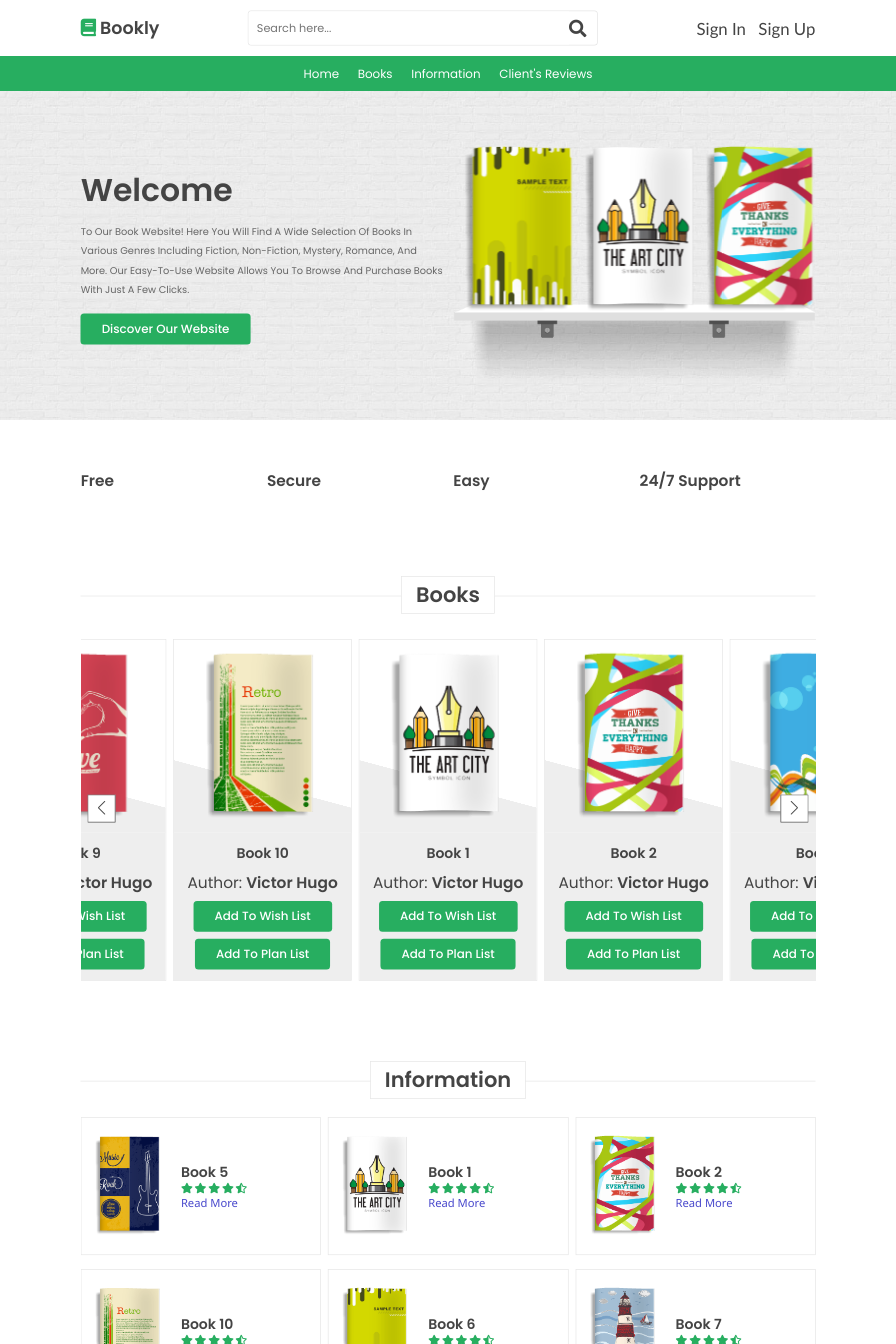
Repository: souhailaniba/Bookly
Page: public/assets/books webstie/index.html
The author's editor kept a copy of each file at every save. The page is drawn from the files as they stood at one save, then again after the next save.
The browser window is 1280 px wide. The pictures show the part of the page from y = 0 to 1920 px (the page is 3055 px tall), at 70% of full size.

Above is the page before, as saved 2023-01-27 16:26:59.

### public/assets/books webstie/index.html
<!DOCTYPE html>
<html lang="en">
<head>
    <meta charset="UTF-8">
    <meta http-equiv="X-UA-Compatible" content="IE=edge">
    <meta name="viewport" content="width=device-width, initial-scale=1.0">
    <title>Book Website</title>

    <link rel="stylesheet" href="https://unpkg.com/swiper@7/swiper-bundle.min.css" />

    <!-- font awesome cdn link  -->
    <link rel="stylesheet" href="https://cdnjs.cloudflare.com/ajax/libs/font-awesome/5.15.4/css/all.min.css">

    <!-- custom css file link  -->
    <link rel="stylesheet" href="css/style.css">

</head>
<body>

<!-- header section starts  -->

<header class="header">

    <div class="header-1">

        <a href="#" class="logo"> <i class="fas fa-book"></i> Bookly </a>

        <form action="" class="search-form">
            <input type="search" name="" placeholder="Search here..." id="search-box">
            <label for="search-box" class="fas fa-search"></label>
        </form>

        <div class="icons">
            <div id="search-btn" class="fas fa-search"></div>
            <a href="./Login.html"  style="font-size:x-large;font-family: 'Gill Sans', 'Gill Sans MT', Calibri, 'Trebuchet MS', sans-serif;">Sign In</a>
            <a href="./Register.html" style="font-size: x-large;font-family: 'Gill Sans', 'Gill Sans MT', Calibri, 'Trebuchet MS', sans-serif;">Sign Up</a>
        </div>

    </div>

    <div class="header-2">
        <nav class="navbar">
            <a href="#home">Home</a>
            <a href="#featured">Books</a>
            <a href="#arrivals">Information</a>
            <a href="#reviews">Client's Reviews</a>
        </nav>
    </div>

</header>

<!-- header section ends -->

<!-- bottom navbar  -->

<nav class="bottom-navbar">
    <a href="#home" class="fas fa-home"></a>
    <a href="#featured" class="fas fa-list"></a>
    <a href="#arrivals" class="fas fa-tags"></a>
    <a href="#reviews" class="fas fa-comments"></a>
    <a href="#blogs" class="fas fa-blog"></a>
</nav>

<!-- home section starts  -->

<section class="home" id="home">

    <div class="row">

        <div class="content">
            <h3>Welcome</h3>
            <p>To our book website! Here you will find a wide selection of books in various genres including fiction, non-fiction, mystery, romance, and more. Our easy-to-use website allows you to browse and purchase books with just a few clicks.</p>
            <a href="#" class="btn">Discover Our Website</a>
        </div>

        <div class="swiper books-slider">
            <div class="swiper-wrapper">
                <a href="#" class="swiper-slide"><img src="image/book-1.png" alt=""></a>
                <a href="#" class="swiper-slide"><img src="image/book-2.png" alt=""></a>
                <a href="#" class="swiper-slide"><img src="image/book-3.png" alt=""></a>
                <a href="#" class="swiper-slide"><img src="image/book-4.png" alt=""></a>
                <a href="#" class="swiper-slide"><img src="image/book-5.png" alt=""></a>
                <a href="#" class="swiper-slide"><img src="image/book-6.png" alt=""></a>
            </div>
            <img src="image/stand.png" class="stand" alt="">
        </div>

    </div>

</section>

<!-- home section ense  -->

<!-- icons section starts  -->

<section class="icons-container">

    <div class="icons">
        <div class="content">
            <h3>Free</h3>
        </div>
    </div>

    <div class="icons">
        <div class="content">
            <h3>Secure</h3>
        </div>
    </div>

    <div class="icons">
        <div class="content">
            <h3>Easy</h3>
        </div>
    </div>

    <div class="icons">
        <div class="content">
            <h3>24/7 support</h3>
        </div>
    </div>

</section>

<!-- icons section ends -->

<!-- featured section starts  -->

<section class="featured" id="featured">

    <h1 class="heading"> <span>Books</span> </h1>

    <div class="swiper featured-slider">

        <div class="swiper-wrapper">

            <div class="swiper-slide box">
                <div class="image">
                    <img src="image/book-1.png" alt="">
                </div>
                <div class="content">
                    <h3>Book 1</h3>
                    <div class="price">Author: <b>Victor Hugo</b></div>
                    <a href="#" class="btn">Add to wish list</a>
                    <a href="#" class="btn">Add to plan list</a>
                </div>
            </div>

            <div class="swiper-slide box">
                <div class="image">
                    <img src="image/book-2.png" alt="">
                </div>
                <div class="content">
                    <h3>Book 2</h3>
                    <div class="price">Author: <b>Victor Hugo</b></div>
                    <a href="#" class="btn">Add to wish list</a>
                    <a href="#" class="btn">Add to plan list</a>
                </div>
            </div>

            <div class="swiper-slide box">
                <div class="image">
                    <img src="image/book-3.png" alt="">
                </div>
                <div class="content">
                    <h3>Book 3</h3>
                    <div class="price">Author: <b>Victor Hugo</b></div>
                    <a href="#" class="btn">Add to wish list</a>
                    <a href="#" class="btn">Add to plan list</a>
                </div>
            </div>

            <div class="swiper-slide box">
                <div class="image">
                    <img src="image/book-4.png" alt="">
                </div>
                <div class="content">
                    <h3>Book 4</h3>
                    <div class="price">Author: <b>Victor Hugo</b></div>
                    <a href="#" class="btn">Add to wish list</a>
                    <a href="#" class="btn">Add to plan list</a>
                </div>
            </div>

            <div class="swiper-slide box">
                <div class="image">
                    <img src="image/book-5.png" alt="">
                </div>
                <div class="content">
                    <h3>Book 5</h3>
                    <div class="price">Author: <b>Victor Hugo</b></div>
                    <a href="#" class="btn">Add to wish list</a>
                    <a href="#" class="btn">Add to plan list</a>
                </div>
            </div>

            <div class="swiper-slide box">
                <div class="image">
                    <img src="image/book-6.png" alt="">
                </div>
                <div class="content">
                    <h3>Book 6</h3>
                    <div class="price">Author: <b>Victor Hugo</b></div>
                    <a href="#" class="btn">Add to wish list</a>
                    <a href="#" class="btn">Add to plan list</a>
                </div>
            </div>

            <div class="swiper-slide box">
                <div class="image">
                    <img src="image/book-7.png" alt="">
                </div>
                <div class="content">
                    <h3>Book 7</h3>
                    <div class="price">Author: <b>Victor Hugo</b></div>
                    <a href="#" class="btn">Add to wish list</a>
                    <a href="#" class="btn">Add to plan list</a>
                </div>
            </div>

            <div class="swiper-slide box">
                <div class="image">
                    <img src="image/book-8.png" alt="">
                </div>
                <div class="content">
                    <h3>Book 8</h3>
                    <div class="price">Author: <b>Victor Hugo</b></div>
                    <a href="#" class="btn">Add to wish list</a>
                    <a href="#" class="btn">Add to plan list</a>
                </div>
            </div>

            <div class="swiper-slide box">
                <div class="image">
                    <img src="image/book-9.png" alt="">
                </div>
                <div class="content">
                    <h3>Book 9</h3>
                    <div class="price">Author: <b>Victor Hugo</b></div>
                    <a href="#" class="btn">Add to wish list</a>
                    <a href="#" class="btn">Add to plan list</a>
                </div>
            </div>

            <div class="swiper-slide box">
                <div class="image">
                    <img src="image/book-10.png" alt="">
                </div>
                <div class="content">
                    <h3>Book 10</h3>
                    <div class="price">Author: <b>Victor Hugo</b></div>
                    <a href="#" class="btn">Add to wish list</a>
                    <a href="#" class="btn">Add to plan list</a>
                </div>
            </div>

        </div>

        <div class="swiper-button-next"></div>
        <div class="swiper-button-prev"></div>

    </div>

</section>

<!-- featured section ends -->


<!-- arrivals section starts  -->

<section class="arrivals" id="arrivals">

    <h1 class="heading"> <span>Information</span> </h1>

    <div class="swiper arrivals-slider">

        <div class="swiper-wrapper">

            <a href="#" class="swiper-slide box">
                <div class="image">
                    <img src="image/book-1.png" alt="">
                </div>
                <div class="content">
                    <h3>Book 1</h3>
                    <div class="stars">
                        <i class="fas fa-star"></i>
                        <i class="fas fa-star"></i>
                        <i class="fas fa-star"></i>
                        <i class="fas fa-star"></i>
                        <i class="fas fa-star-half-alt"></i>
                    </div>
                    <div style="font-size: medium;font-family:'Segoe UI', Tahoma, Geneva, Verdana, sans-serif;color: rgb(72, 72, 204);">Read More</div>
                </div>
            </a>

            <a href="#" class="swiper-slide box">
                <div class="image">
                    <img src="image/book-2.png" alt="">
                </div>
                <div class="content">
                    <h3>Book 2</h3>
                    <div class="stars">
                        <i class="fas fa-star"></i>
                        <i class="fas fa-star"></i>
                        <i class="fas fa-star"></i>
                        <i class="fas fa-star"></i>
                        <i class="fas fa-star-half-alt"></i>
                    </div>
                    <div style="font-size: medium;font-family:'Segoe UI', Tahoma, Geneva, Verdana, sans-serif;color: rgb(72, 72, 204);">Read More</div>
                </div>
            </a>

            <a href="#" class="swiper-slide box">
                <div class="image">
                    <img src="image/book-3.png" alt="">
                </div>
                <div class="content">
                    <h3>Book 3</h3>
                    <div class="stars">
                        <i class="fas fa-star"></i>
                        <i class="fas fa-star"></i>
                        <i class="fas fa-star"></i>
                        <i class="fas fa-star"></i>
                        <i class="fas fa-star-half-alt"></i>
                    </div>
                    <div style="font-size: medium;font-family:'Segoe UI', Tahoma, Geneva, Verdana, sans-serif;color: rgb(72, 72, 204);">Read More</div>
                </div>
            </a>

            <a href="#" class="swiper-slide box">
                <div class="image">
                    <img src="image/book-4.png" alt="">
                </div>
                <div class="content">
                    <h3>Book 4</h3>
                    <div class="stars">
                        <i class="fas fa-star"></i>
                        <i class="fas fa-star"></i>
                        <i class="fas fa-star"></i>
                        <i class="fas fa-star"></i>
                        <i class="fas fa-star-half-alt"></i>
                    </div>
                    <div style="font-size: medium;font-family:'Segoe UI', Tahoma, Geneva, Verdana, sans-serif;color: rgb(72, 72, 204);">Read More</div>
                </div>
            </a>

            <a href="#" class="swiper-slide box">
                <div class="image">
                    <img src="image/book-5.png" alt="">
                </div>
                <div class="content">
                    <h3>Book 5</h3>
                    <div class="stars">
                        <i class="fas fa-star"></i>
                        <i class="fas fa-star"></i>
                        <i class="fas fa-star"></i>
                        <i class="fas fa-star"></i>
                        <i class="fas fa-star-half-alt"></i>
                    </div>
                    <div style="font-size: medium;font-family:'Segoe UI', Tahoma, Geneva, Verdana, sans-serif;color: rgb(72, 72, 204);">Read More</div>
                </div>
            </a>

        </div>

    </div>

    <div class="swiper arrivals-slider">

        <div class="swiper-wrapper">

            <a href="#" class="swiper-slide box">
                <div class="image">
                    <img src="image/book-6.png" alt="">
                </div>
                <div class="content">
                    <h3>Book 6</h3>
                    <div class="stars">
                        <i class="fas fa-star"></i>
                        <i class="fas fa-star"></i>
                        <i class="fas fa-star"></i>
                        <i class="fas fa-star"></i>
                        <i class="fas fa-star-half-alt"></i>
                    </div>
                    <div style="font-size: medium;font-family:'Segoe UI', Tahoma, Geneva, Verdana, sans-serif;color: rgb(72, 72, 204);">Read More</div>
                </div>
            </a>

            <a href="#" class="swiper-slide box">
                <div class="image">
                    <img src="image/book-7.png" alt="">
                </div>
                <div class="content">
                    <h3>Book 7</h3>
                    <div class="stars">
                        <i class="fas fa-star"></i>
                        <i class="fas fa-star"></i>
                        <i class="fas fa-star"></i>
                        <i class="fas fa-star"></i>
                        <i class="fas fa-star-half-alt"></i>
                    </div>
                    <div style="font-size: medium;font-family:'Segoe UI', Tahoma, Geneva, Verdana, sans-serif;color: rgb(72, 72, 204);">Read More</div>
                </div>
            </a>

            <a href="#" class="swiper-slide box">
                <div class="image">
                    <img src="image/book-8.png" alt="">
                </div>
                <div class="content">
                    <h3>Book 8</h3>
                    <div class="stars">
                        <i class="fas fa-star"></i>
                        <i class="fas fa-star"></i>
                        <i class="fas fa-star"></i>
                        <i class="fas fa-star"></i>
                        <i class="fas fa-star-half-alt"></i>
                    </div>
                    <div style="font-size: medium;font-family:'Segoe UI', Tahoma, Geneva, Verdana, sans-serif;color: rgb(72, 72, 204);">Read More</div>
                </div>
            </a>

            <a href="#" class="swiper-slide box">
                <div class="image">
                    <img src="image/book-9.png" alt="">
                </div>
                <div class="content">
                    <h3>Book 9</h3>
                    <div class="stars">
                        <i class="fas fa-star"></i>
                        <i class="fas fa-star"></i>
                        <i class="fas fa-star"></i>
                        <i class="fas fa-star"></i>
                        <i class="fas fa-star-half-alt"></i>
                    </div>
                    <div style="font-size: medium;font-family:'Segoe UI', Tahoma, Geneva, Verdana, sans-serif;color: rgb(72, 72, 204);">Read More</div>
                </div>
            </a>

            <a href="#" class="swiper-slide box">
                <div class="image">
                    <img src="image/book-10.png" alt="">
                </div>
                <div class="content">
                    <h3>Book 10</h3>
                    <div class="stars">
                        <i class="fas fa-star"></i>
                        <i class="fas fa-star"></i>
                        <i class="fas fa-star"></i>
                        <i class="fas fa-star"></i>
                        <i class="fas fa-star-half-alt"></i>
                    </div>
                    <div style="font-size: medium;font-family:'Segoe UI', Tahoma, Geneva, Verdana, sans-serif;color: rgb(72, 72, 204);">Read More</div>
                </div>
            </a>

        </div>

    </div>

</section>

<!-- arrivals section ends -->


<!-- reviews section starts  -->

<section class="reviews" id="reviews">

    <h1 class="heading"> <span>Client's reviews</span> </h1>

    <div class="swiper reviews-slider">

        <div class="swiper-wrapper">

            <div class="swiper-slide box">
                <img src="image/pic-1.png" alt="">
                <h3>john deo</h3>
                <p>Lorem ipsum dolor, sit amet consectetur adipisicing elit. Aspernatur nihil ipsa placeat. Aperiam at sint, eos ex similique facere hic.</p>
                <div class="stars">
                    <i class="fas fa-star"></i>
                    <i class="fas fa-star"></i>
                    <i class="fas fa-star"></i>
                    <i class="fas fa-star"></i>
                    <i class="fas fa-star-half-alt"></i>
                </div>
            </div>

            <div class="swiper-slide box">
                <img src="image/pic-2.png" alt="">
                <h3>john deo</h3>
                <p>Lorem ipsum dolor, sit amet consectetur adipisicing elit. Aspernatur nihil ipsa placeat. Aperiam at sint, eos ex similique facere hic.</p>
                <div class="stars">
                    <i class="fas fa-star"></i>
                    <i class="fas fa-star"></i>
                    <i class="fas fa-star"></i>
                    <i class="fas fa-star"></i>
                    <i class="fas fa-star-half-alt"></i>
                </div>
            </div>

            <div class="swiper-slide box">
                <img src="image/pic-3.png" alt="">
                <h3>john deo</h3>
                <p>Lorem ipsum dolor, sit amet consectetur adipisicing elit. Aspernatur nihil ipsa placeat. Aperiam at sint, eos ex similique facere hic.</p>
                <div class="stars">
                    <i class="fas fa-star"></i>
                    <i class="fas fa-star"></i>
                    <i class="fas fa-star"></i>
                    <i class="fas fa-star"></i>
                    <i class="fas fa-star-half-alt"></i>
                </div>
            </div>
            <div class="swiper-slide box">
                <img src="image/pic-4.png" alt="">
                <h3>john deo</h3>
                <p>Lorem ipsum dolor, sit amet consectetur adipisicing elit. Aspernatur nihil ipsa placeat. Aperiam at sint, eos ex similique facere hic.</p>
                <div class="stars">
                    <i class="fas fa-star"></i>
                    <i class="fas fa-star"></i>
                    <i class="fas fa-star"></i>
                    <i class="fas fa-star"></i>
                    <i class="fas fa-star-half-alt"></i>
                </div>
            </div>

            <div class="swiper-slide box">
                <img src="image/pic-5.png" alt="">
                <h3>john deo</h3>
                <p>Lorem ipsum dolor, sit amet consectetur adipisicing elit. Aspernatur nihil ipsa placeat. Aperiam at sint, eos ex similique facere hic.</p>
                <div class="stars">
                    <i class="fas fa-star"></i>
                    <i class="fas fa-star"></i>
                    <i class="fas fa-star"></i>
                    <i class="fas fa-star"></i>
                    <i class="fas fa-star-half-alt"></i>
                </div>
            </div>

            <div class="swiper-slide box">
                <img src="image/pic-6.png" alt="">
                <h3>john deo</h3>
                <p>Lorem ipsum dolor, sit amet consectetur adipisicing elit. Aspernatur nihil ipsa placeat. Aperiam at sint, eos ex similique facere hic.</p>
                <div class="stars">
                    <i class="fas fa-star"></i>
                    <i class="fas fa-star"></i>
                    <i class="fas fa-star"></i>
                    <i class="fas fa-star"></i>
                    <i class="fas fa-star-half-alt"></i>
                </div>
            </div>

        </div>

    </div>

</section>

<!-- reviews section ends -->


<!-- footer section starts  -->

<section class="footer">

    <div class="box-container">

        <div class="box">
            <h3>our locations</h3>
            <a href="#"> <i class="fas fa-map-marker-alt"></i> Casablanca Sidi Othman </a>
        </div>

        <div class="box">
            <h3>quick links</h3>
            <a href="#"> <i class="fas fa-arrow-right"></i> home </a>
            <a href="#"> <i class="fas fa-arrow-right"></i> books </a>
            <a href="#"> <i class="fas fa-arrow-right"></i> client'reviews </a>
            <a href="#"> <i class="fas fa-arrow-right"></i> information </a>
        </div>

        <div class="box">
            <h3>contact info</h3>
            <a href="#"> <i class="fas fa-phone"></i> 060000000 </a>
            <a href="#"> <i class="fas fa-envelope"></i> EnsamCasa@gmail.com </a>
        </div>

    </div>

    <div class="share">
        <a href="#" class="fab fa-facebook-f"></a>
        <a href="#" class="fab fa-twitter"></a>
        <a href="#" class="fab fa-instagram"></a>
        <a href="#" class="fab fa-linkedin"></a>
    </div>

    <div class="credit"> Created by <span>SAKINI Oussama | ANIBA Souhail | BELHIAK Salah-Eddine</span></div>

</section>

<!-- footer section ends -->

<!-- loader  -->

<div class="loader-container">
    <img src="image/loader-img.gif" alt="">
</div>
















<script src="https://unpkg.com/swiper@7/swiper-bundle.min.js"></script>

<!-- custom js file link  -->
<script src="js/script.js"></script>

</body>
</html>

Loaded but not shown: public/assets/books webstie/js/script.js (151 lines, source omitted); public/assets/books webstie/css/style.css (820 lines, source omitted)

After the next save:
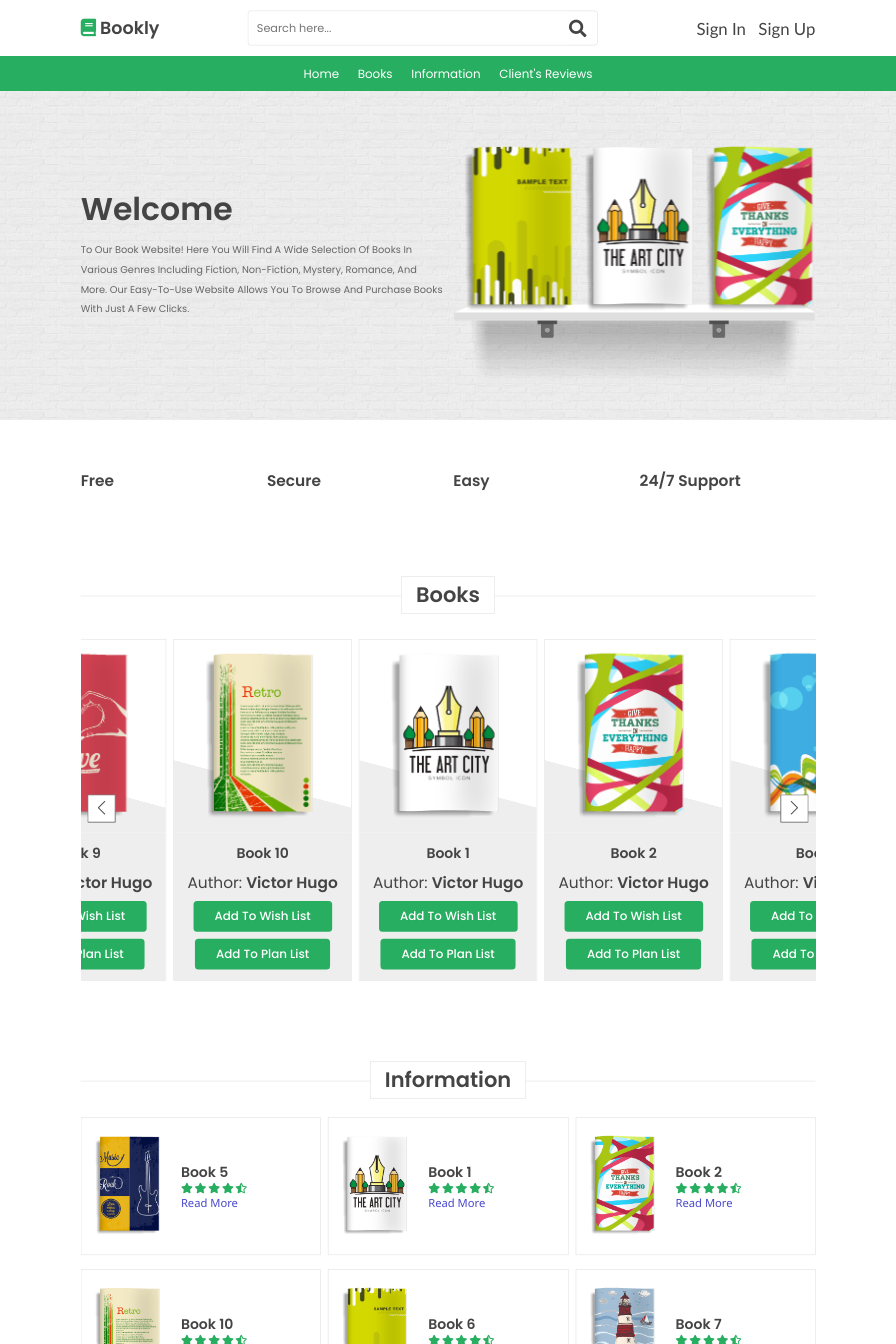
Saved 41 s later.
--- a/public/assets/books webstie/index.html
+++ b/public/assets/books webstie/index.html
@@ -70,7 +70,6 @@
         <div class="content">
             <h3>Welcome</h3>
             <p>To our book website! Here you will find a wide selection of books in various genres including fiction, non-fiction, mystery, romance, and more. Our easy-to-use website allows you to browse and purchase books with just a few clicks.</p>
-            <a href="#" class="btn">Discover Our Website</a>
         </div>
 
         <div class="swiper books-slider">
